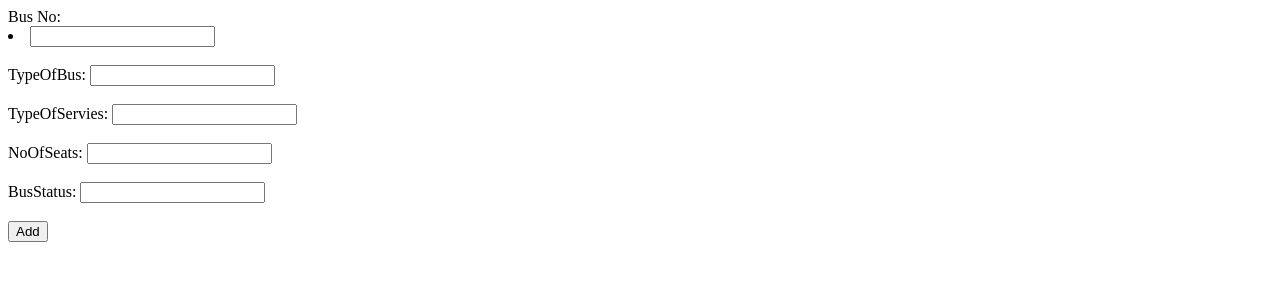
Repository: gummabhargavi/DynWebEjBPoject-AND-server
Page: DynWebEjbBusProject/WebContent/AddBus.html
An editor plug-in stored every save of this project. The page is shown before and after the next save, followed by the edit.
The browser window is 1280 px wide. The pictures show the whole page.

Above is the page before, as saved 2022-12-07 12:15:34.

### DynWebEjbBusProject/WebContent/AddBus.html
<!DOCTYPE html>
<html>
<head>
<meta charset="ISO-8859-1">
<title>Insert title here</title>
</head>
<body>
       <form action="AddBusServlet">
         Bus No:
         <li><i class="fa fa-home"></i>
           <input type="text" name="bus_no"><br/><br/></li>
         TypeOfBus:
           <input type="text" name="type_of_bus"><br/><br/>
         TypeOfServies:
           <input type="text" name="type_of_servies"><br/><br/>
         NoOfSeats:
           <input type="text" name="no_of_seat"><br/><br/>
         BusStatus:
           <input type="text" name="bus_status"><br/><br/>

        <input type="submit" value="Add">
      </form>
</body>
</html>

After the next save:
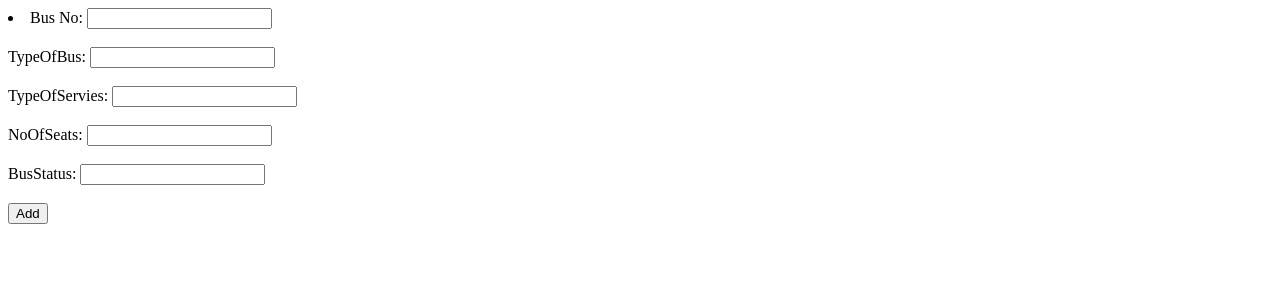
Saved 119 s later.
--- a/DynWebEjbBusProject/WebContent/AddBus.html
+++ b/DynWebEjbBusProject/WebContent/AddBus.html
@@ -6,8 +6,8 @@
 </head>
 <body>
        <form action="AddBusServlet">
+       <li><i class="fa fa-home"></i>
          Bus No:
-         <li><i class="fa fa-home"></i>
            <input type="text" name="bus_no"><br/><br/></li>
          TypeOfBus:
            <input type="text" name="type_of_bus"><br/><br/>
